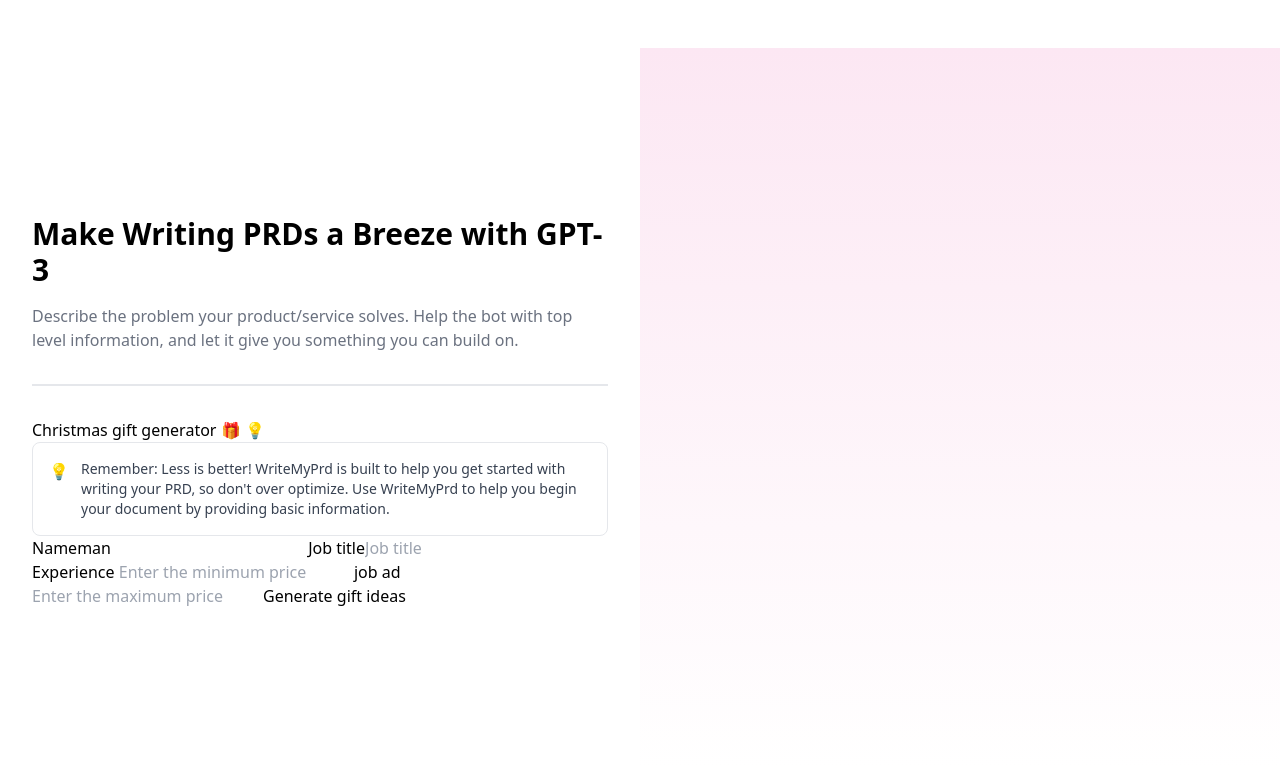
Repository: hamza-mastar/chatgpt-jpbad
Page: /
These files come from the project's save history. The page is drawn as it stood at one moment and after the next save; the edit follows.
The browser window is 1280 px wide. The pictures show the whole page.
The project was rebuilt for these pictures with package versions that can differ from the ones it lists, and the page was loaded fresh each time. The framework's server and built-in components were replaced by stand-ins that run in the browser.

Above is the page before, as saved 2023-01-30 04:33:57.

After the next save:
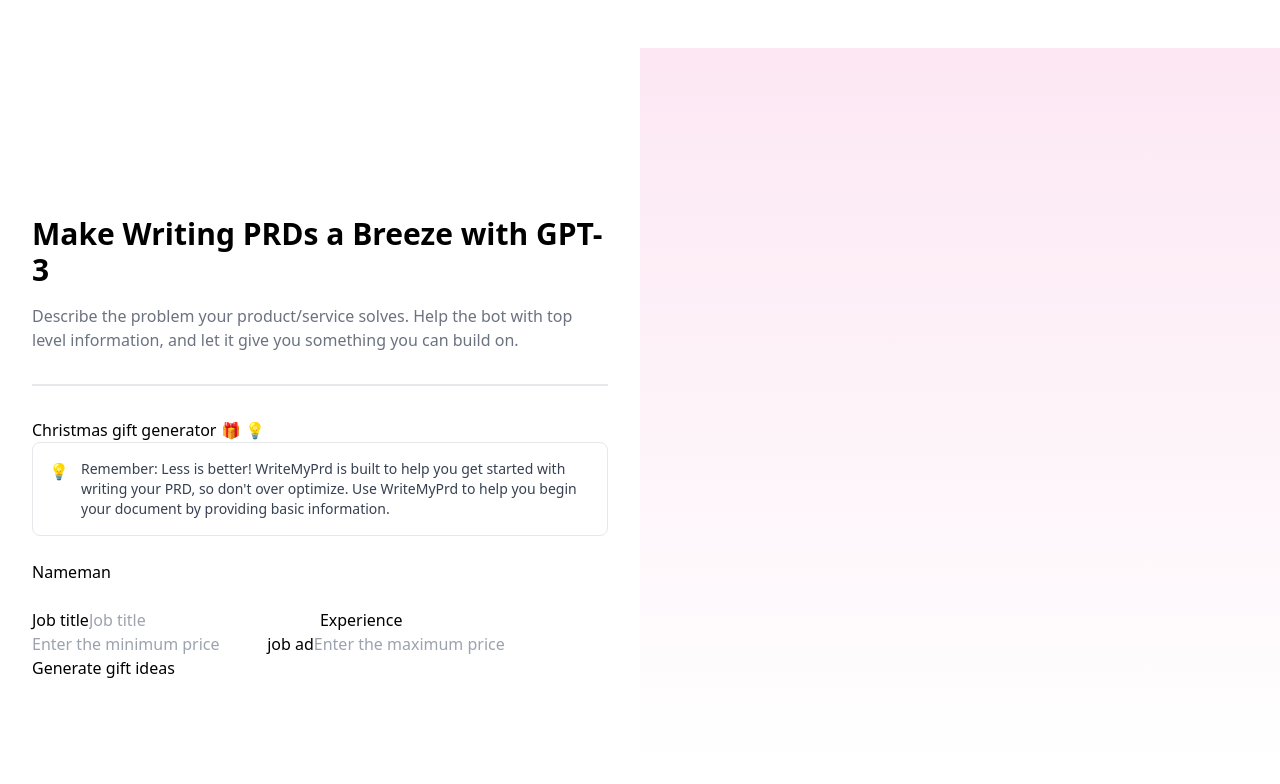
Saved 2 min 29 s later.
--- a/pages/index.js
+++ b/pages/index.js
@@ -75,7 +75,9 @@ export default function Home() {
         <h3  >Christmas gift generator 🎁 💡</h3>
         <form  onSubmit={onSubmit} class="mb-12 relative">
         <div class="rounded-lg bg-white border p-4"><div class="flex"><div class="flex-shrink-0">💡</div><div class="ml-3 flex-1 md:flex md:justify-between"><p class="text-sm text-gray-700 font-medium"> Remember: Less is better! WriteMyPrd is built to help you get started with writing your PRD, so don't over optimize. Use WriteMyPrd to help you begin your document by providing basic information. </p></div></div></div>
-          <label>Name</label>
+        <div>
+          <div class="py-6">
+          <label class="form-input w-full">Name</label>
           <input
             type="text"
             name="name"
@@ -83,6 +85,7 @@ export default function Home() {
             value={name}
             onChange={(e) => setName(e.target.value)}
           />
+          </div>
 
 
           <label>Job title</label>
@@ -115,7 +118,7 @@ export default function Home() {
 
 
           <input type="submit" value="Generate gift ideas" />
-
+          </div>
         </form>
         </div>
        </div>
